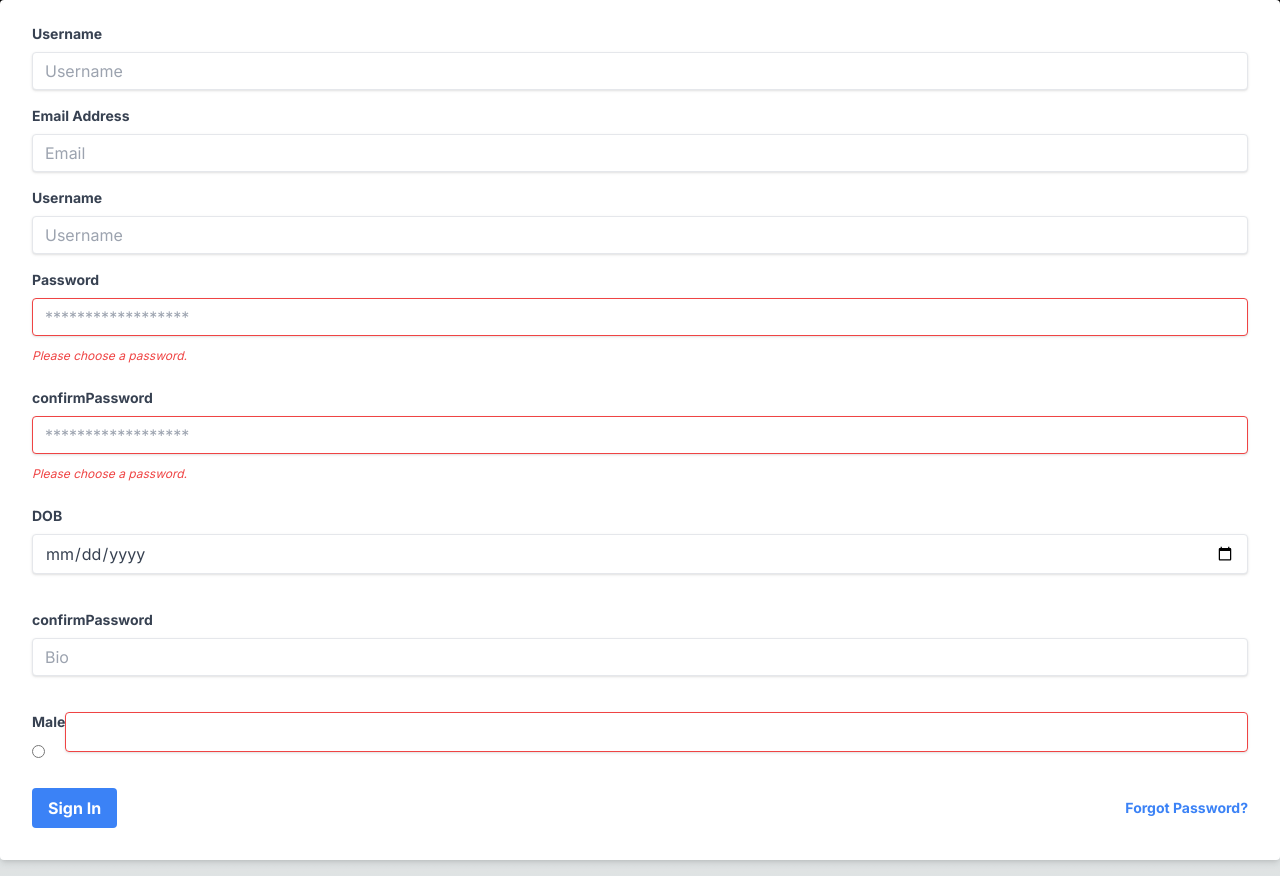
Repository: uh-sman/tiktok-card
Page: /
The author's editor kept a copy of each file at every save. The page is drawn from the files as they stood at one save, then again after the next save.
The browser window is 1280 px wide. The pictures show the whole page.
The project was rebuilt for these pictures with package versions that can differ from the ones it lists, and the page was loaded fresh each time. The framework's server and built-in components were replaced by stand-ins that run in the browser. Also part of the build but not shown: next.config.js.

Above is the page before, as saved 2023-12-19 12:18:37.

### app/page.tsx
'use client'
import Input from "./components/Input";
import { FieldValues, SubmitHandler, useForm } from "react-hook-form";
export default function Home() {
  // const { register, handleSubmit, reset } = useForm<FieldValues>({
  //   defaultValues: {
  //     Username: "",
  //     email: '',
  //     password: '',
  //     confirmPassword: '',
  //     DateOfBirth: '',
  //     Bio: '',
  //     gender: '',
  //     termsAndConditions: ''
  //   }
  // })

  // const onSubmit: SubmitHandler<FieldValues> = () => {

  // }

  return (
    <div className="bg-black h-screen w-screen">
      {/* <div className="flex justify-center"> */}
      <div className="flex justify-center  w-full flex-col">
      <form className="bg-white shadow-md rounded px-8 pt-6 pb-8 mb-4">
    <div className="mb-4">
      <label className="block text-gray-700 text-sm font-bold mb-2" htmlFor="username">
        Username
      </label>
      <Input onChange={() => {}} className="shadow appearance-none border rounded w-full py-2 px-3 text-gray-700 leading-tight focus:outline-none focus:shadow-outline" id="username" type="text" placeholder="Username" />
    </div>
    <div className="mb-4">
      <label className="block text-gray-700 text-sm font-bold mb-2" htmlFor="username">
        Email Address
      </label>
      <Input onChange={() => {}} className="shadow appearance-none border rounded w-full py-2 px-3 text-gray-700 leading-tight focus:outline-none focus:shadow-outline" id="email" type="email" placeholder="Email" />
    </div>
    <div className="mb-4">
      <label className="block text-gray-700 text-sm font-bold mb-2" htmlFor="username">
        Username
      </label>
      <Input onChange={() => {}} className="shadow appearance-none border rounded w-full py-2 px-3 text-gray-700 leading-tight focus:outline-none focus:shadow-outline" id="username" type="text" placeholder="Username" />
    </div>
    <div className="mb-6">
      <label className="block text-gray-700 text-sm font-bold mb-2" htmlFor="password">
        Password
      </label>
      <Input onChange={() => {}} className="shadow appearance-none border border-red-500 rounded w-full py-2 px-3 text-gray-700 mb-3 leading-tight focus:outline-none focus:shadow-outline" id="password" type="password" placeholder="******************" />
      <p className="text-red-500 text-xs italic">Please choose a password.</p>
    </div>
    <div className="mb-6">
      <label className="block text-gray-700 text-sm font-bold mb-2" htmlFor="password">
        confirmPassword
      </label>
      <Input onChange={() => {}} className="shadow appearance-none border border-red-500 rounded w-full py-2 px-3 text-gray-700 mb-3 leading-tight focus:outline-none focus:shadow-outline" id="confirmPassword" type="password" placeholder="******************" />
      <p className="text-red-500 text-xs italic">Please choose a password.</p>
    </div>
    <div className="mb-6">
      <label className="block text-gray-700 text-sm font-bold mb-2" htmlFor="password">
        DOB
      </label>
      <Input onChange={() => {}} className="shadow appearance-none border rounded w-full py-2 px-3 text-gray-700 mb-3 leading-tight focus:outline-none focus:shadow-outline" id="DateOfBirth" type="date" placeholder="DOB" />
      {/* <p className="text-red-500 text-xs italic">Please confirm your password.</p> */}
    </div>
    <div className="mb-6">
      <label className="block text-gray-700 text-sm font-bold mb-2" htmlFor="password">
        confirmPassword
      </label>
      <Input onChange={() => {}} className="shadow appearance-none border rounded w-full py-2 px-3 text-gray-700 mb-3 leading-tight focus:outline-none focus:shadow-outline" id="Bio" type="text" placeholder="Bio" />
      {/* <p className="text-red-500 text-xs italic">Please confirm your password.</p> */}
    </div>
    <div className="mb-6">
      <div className="flex">
        <div className="">
        <label className="block text-gray-700 text-sm font-bold mb-2" htmlFor="password">
        Male
      </label>
      <Input onChange={() => {}} className="" id="male" type="radio" placeholder="male" />
        </div>
      <Input onChange={() => {}} className="shadow appearance-none border border-red-500 rounded w-full py-2 px-3 text-gray-700 mb-3 leading-tight focus:outline-none focus:shadow-outline" id="female" type="checkbox" placeholder="female" />
      </div>
    </div>
    <div className="flex items-center justify-between">
      <button className="bg-blue-500 hover:bg-blue-700 text-white font-bold py-2 px-4 rounded focus:outline-none focus:shadow-outline" type="button">
        Sign In
      </button>
      <a className="inline-block align-baseline font-bold text-sm text-blue-500 hover:text-blue-800" href="#">
        Forgot Password?
      </a>
    </div>
  </form>

      </div>
      {/* </div> */}
    </div>
  );
}



{/* <form class="max-w-sm mx-auto">
  <div class="mb-5">
    <label for="email" class="block mb-2 text-sm font-medium text-gray-900 dark:text-white">Your email</label>
    <input type="email" id="email" class="bg-gray-50 border border-gray-300 text-gray-900 text-sm rounded-lg focus:ring-blue-500 focus:border-blue-500 block w-full p-2.5 dark:bg-gray-700 dark:border-gray-600 dark:placeholder-gray-400 dark:text-white dark:focus:ring-blue-500 dark:focus:border-blue-500" placeholder="name@flowbite.com" required>
  </div>
  <div class="mb-5">
    <label for="password" class="block mb-2 text-sm font-medium text-gray-900 dark:text-white">Your password</label>
    <input type="password" id="password" class="bg-gray-50 border border-gray-300 text-gray-900 text-sm rounded-lg focus:ring-blue-500 focus:border-blue-500 block w-full p-2.5 dark:bg-gray-700 dark:border-gray-600 dark:placeholder-gray-400 dark:text-white dark:focus:ring-blue-500 dark:focus:border-blue-500" required>
  </div>
  <div class="flex items-start mb-5">
    <div class="flex items-center h-5">
      <input id="remember" type="checkbox" value="" class="w-4 h-4 border border-gray-300 rounded bg-gray-50 focus:ring-3 focus:ring-blue-300 dark:bg-gray-700 dark:border-gray-600 dark:focus:ring-blue-600 dark:ring-offset-gray-800 dark:focus:ring-offset-gray-800" required>
    </div>
    <label for="remember" class="ms-2 text-sm font-medium text-gray-900 dark:text-gray-300">Remember me</label>
  </div>
  <button type="submit" class="text-white bg-blue-700 hover:bg-blue-800 focus:ring-4 focus:outline-none focus:ring-blue-300 font-medium rounded-lg text-sm w-full sm:w-auto px-5 py-2.5 text-center dark:bg-blue-600 dark:hover:bg-blue-700 dark:focus:ring-blue-800">Submit</button>
</form> */}

### app/components/Input.tsx

type InputType = "text" | "password" | "file" | "email" | 'date' | 'checkbox' | "radio"

interface InputProps {
    id: string;
    className: string;
    placeholder: string;
    type: InputType;
    onChange: (value: string, file?: File ) => void;
}

const Input: React.FC<InputProps> = ({
    id,
    className,
    placeholder,
    type,
    onChange
}) => {
    const handleChange = (event: React.ChangeEvent<HTMLInputElement>) => {
        const { value, files } = event.target;
        if (type === 'file' && files) {
            onChange(value, files[0]);
        } else {
            onChange(value);
        }
    };

    return (
        <input
            id={id}
            className={className}
            placeholder={placeholder}
            type={type}
            onChange={handleChange}
        />
    );
};


export default Input;

Loaded but not shown: app/layout.tsx (common file); app/globals.css (common file); tailwind.config.ts (common file)

After the next save:
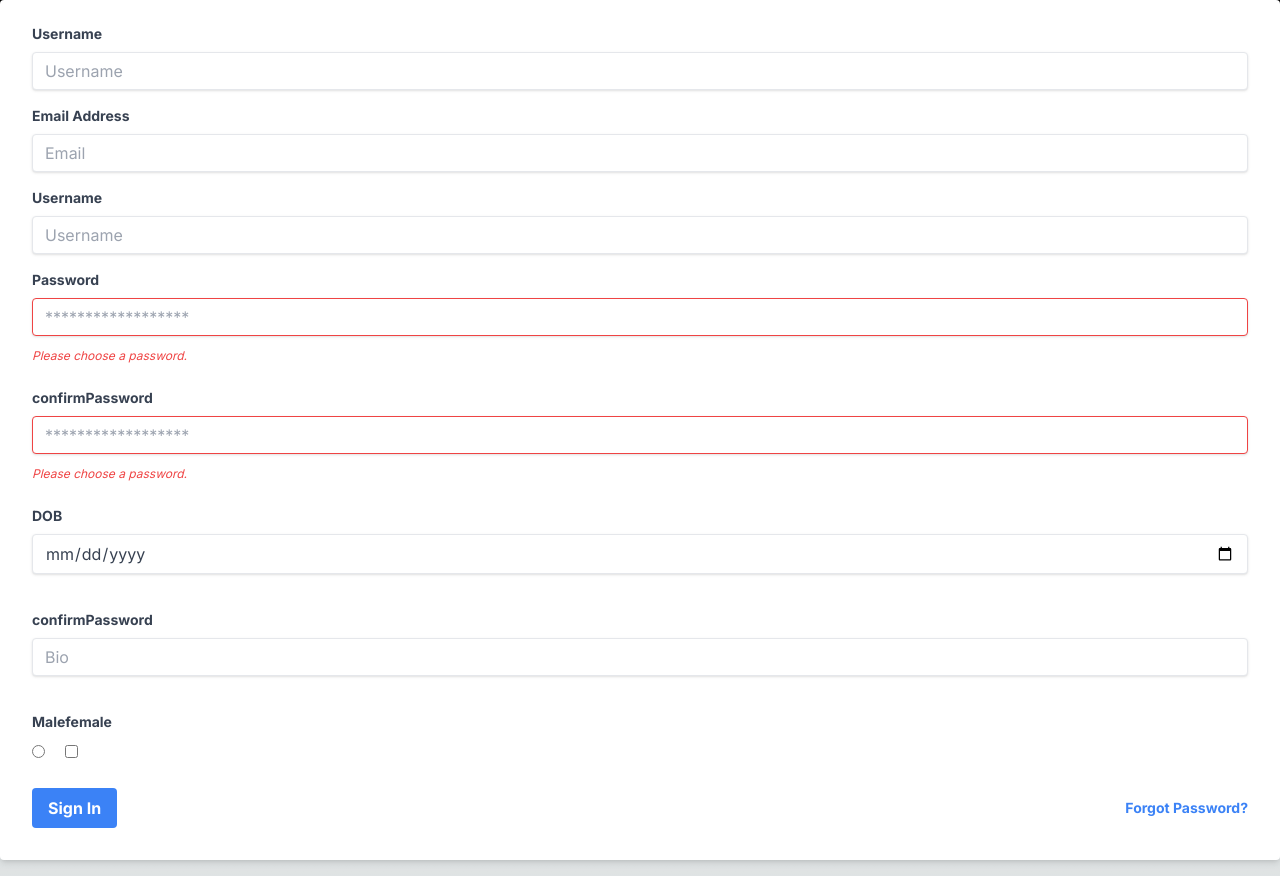
Saved 97 s later.
--- a/app/page.tsx
+++ b/app/page.tsx
@@ -73,12 +73,17 @@ export default function Home() {
     <div className="mb-6">
       <div className="flex">
         <div className="">
-        <label className="block text-gray-700 text-sm font-bold mb-2" htmlFor="password">
+        <label className="block text-gray-700 text-sm font-bold mb-2" htmlFor="gender">
         Male
       </label>
       <Input onChange={() => {}} className="" id="male" type="radio" placeholder="male" />
         </div>
-      <Input onChange={() => {}} className="shadow appearance-none border border-red-500 rounded w-full py-2 px-3 text-gray-700 mb-3 leading-tight focus:outline-none focus:shadow-outline" id="female" type="checkbox" placeholder="female" />
+        <div className="">
+          <label className="block text-gray-700 text-sm font-bold mb-2" htmlFor="gender">
+            female
+          </label>
+      <Input className="" onChange={() => {}}  id="female" type="checkbox" placeholder="female" />
+        </div>
       </div>
     </div>
     <div className="flex items-center justify-between">
